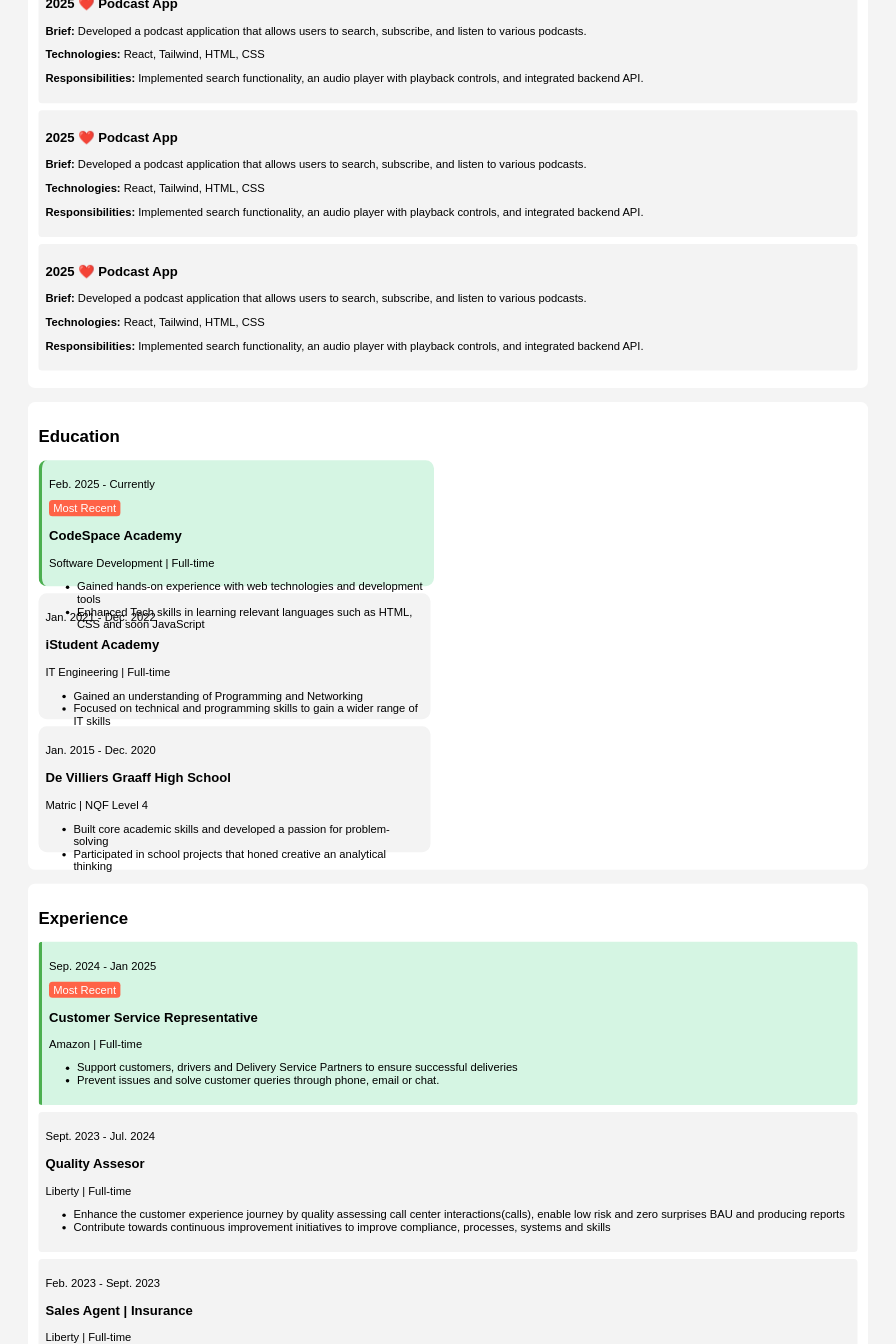
Repository: andajonas/ANDJON25111_fto2502_A2_AndaJonas_SDF_Portfolio_Piece
Page: index.html
An editor plug-in stored every save of this project. The page is shown before and after a run of saves, followed by the edit.
The browser window is 1280 px wide. The pictures show the part of the page from y = 878 to 2798 px (the page is 3035 px tall), at 70% of full size.
A picture or video elsewhere on the page could not be fetched, so the positions and the page height are approximate.

Above is the page before, as saved 2025-04-03 18:17:35.

After the next 4 saves:
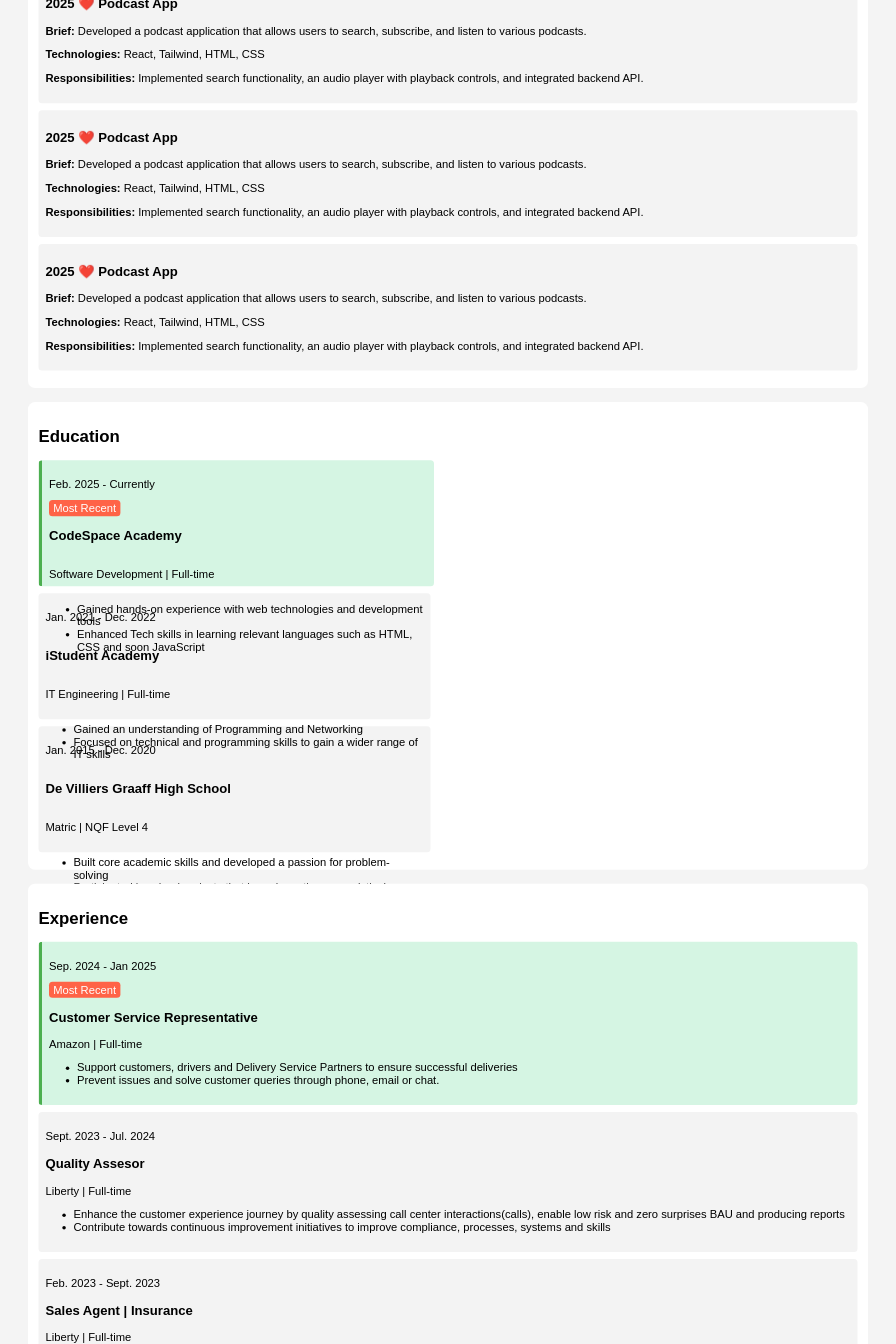
The 4 saves are shown as one change because they came seconds apart.
The last was saved 23 s later.
--- a/styles.css
+++ b/styles.css
@@ -95,10 +95,11 @@ body {
 .education-card {
     background: #f3f3f3;
     padding: 10px;
-    border-radius: 12px;
+    border-radius: 5px;
     margin-bottom: 10px;
     width: 540px;
     height: 160px;
+    display: grid;
 }
 
 /* Experience Section */
